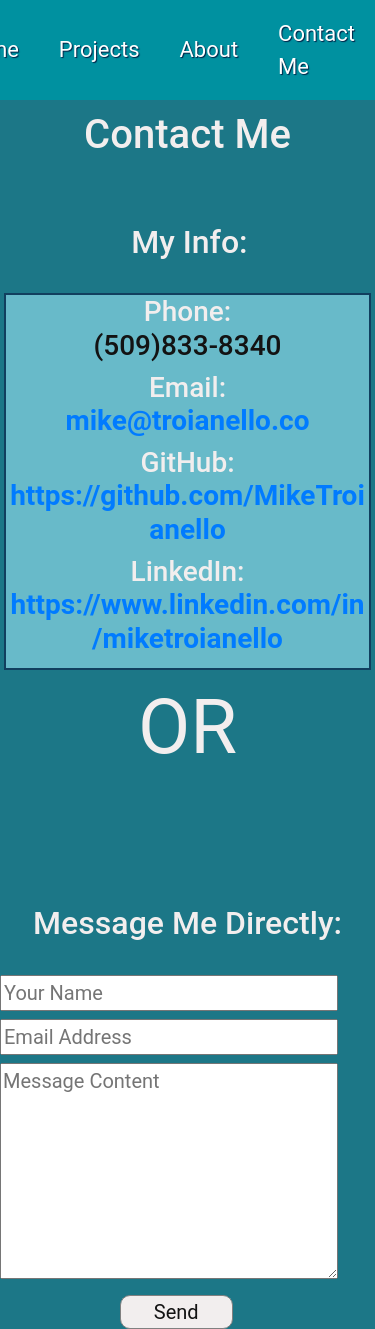
Repository: MikeTroianello/troianello
Page: /contact
These files come from the project's save history. The page is drawn as it stood at one moment and after the next save; the edit follows.
The browser window is 375 px wide. The pictures show the whole page.
The project was rebuilt for these pictures with package versions that can differ from the ones it lists, and the page was loaded fresh each time. Also part of the build but not shown: src/components/context-sensitive/Greet.js, src/components/locations/Home.js, src/components/locations/About/About.css, src/components/locations/About/AboutMobile.css, src/components/locations/About/About.js, src/components/cards/RainbowDay.js, src/components/cards/CanvasBubbles.js, src/components/cards/projectCard.css and 4 more.

Above is the page before, as saved 2019-08-02 18:18:28.

After the next save:
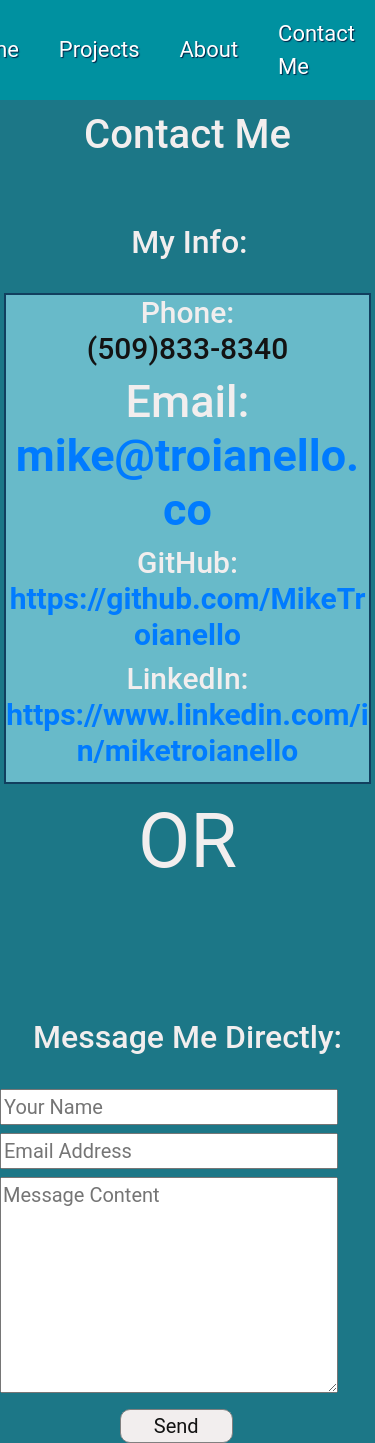
Saved 71 s later.
--- a/src/components/locations/Contact/ContactMobile.css
+++ b/src/components/locations/Contact/ContactMobile.css
@@ -8,6 +8,10 @@
 
   .contact-page h1 {
     margin: 8vh;
+  }
+
+  .contact-page h3 {
+    font-size: 1.5em;
   }
 
   /* .contact-side-one {
